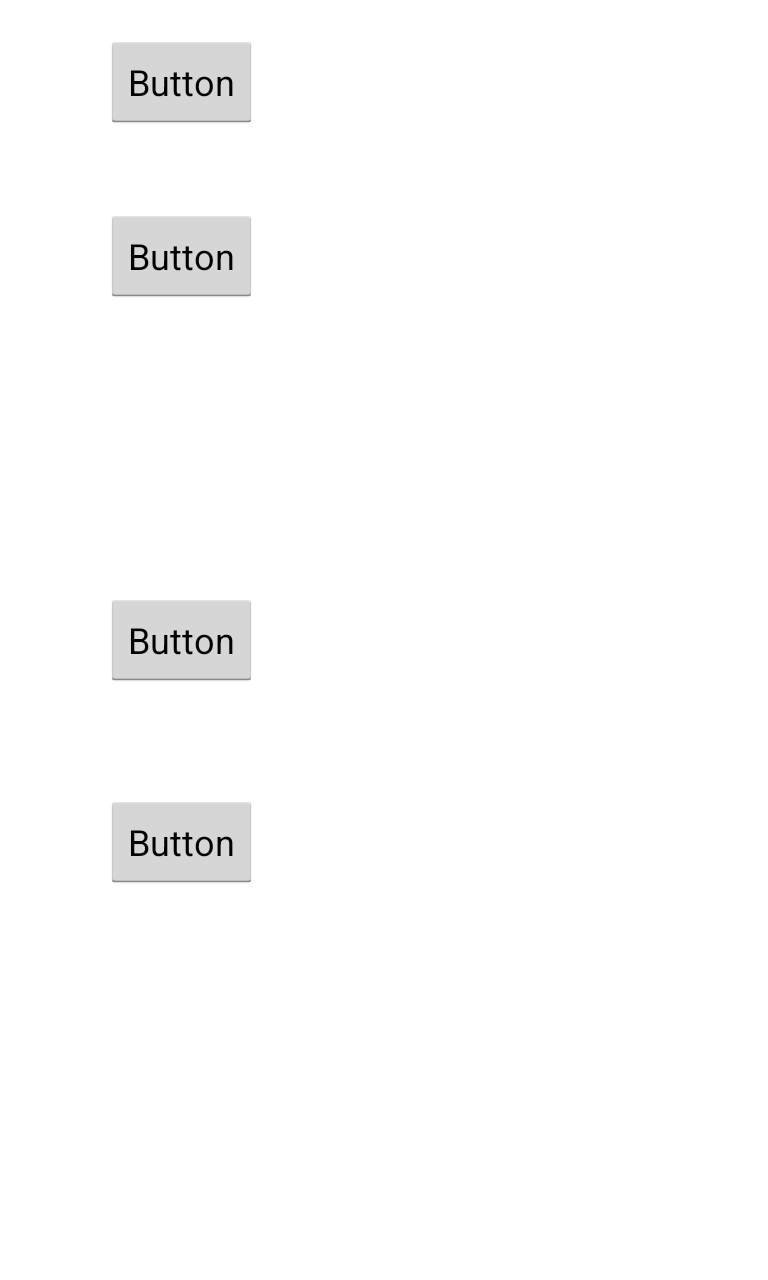
Repository: MonkeyZZZZ/OwnCode
Layout: a14SQLite/res/layout/activity_main.xml
An editor plug-in stored every save of this project. The layout is shown before and after the next save, followed by the edit.
It is drawn on a 768 x 1280 px phone screen (xhdpi) without system bars, with theme AppTheme; the app's code is not run.

Above is the layout before, as saved 2016-02-23 01:19:31.

After the next save:
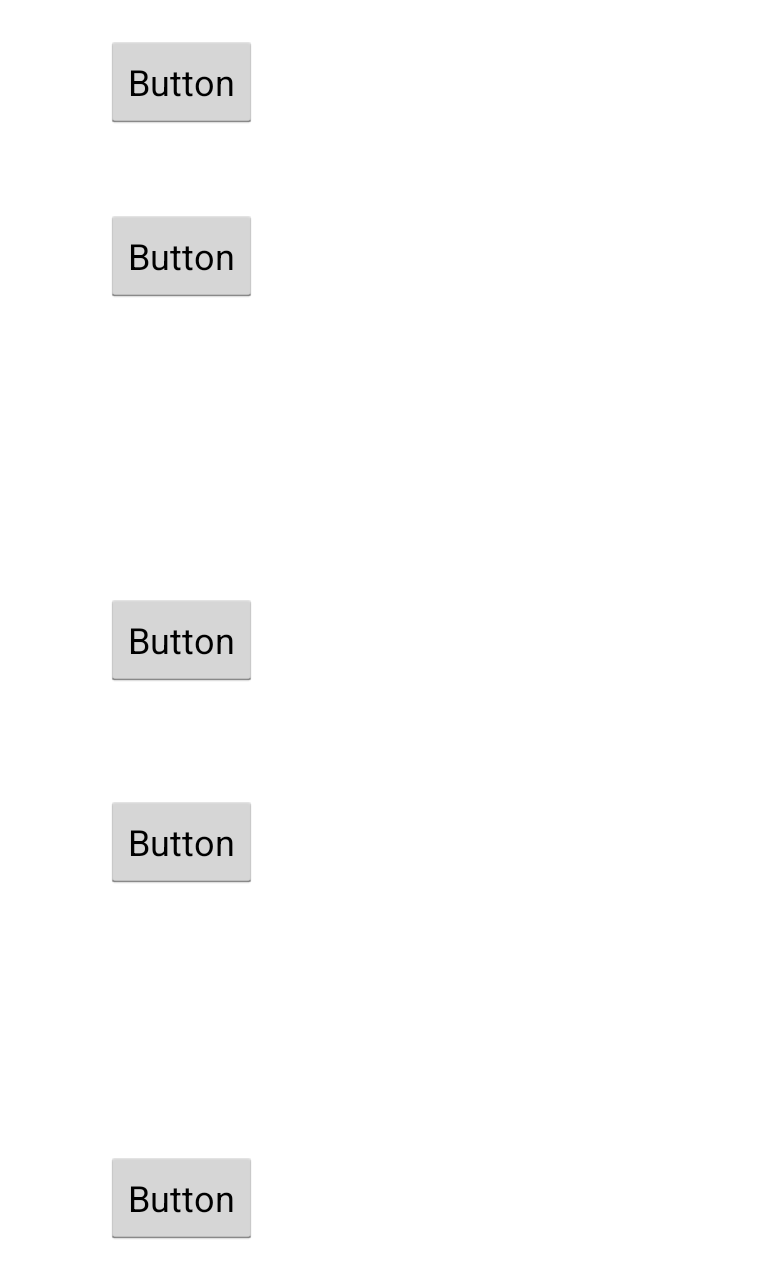
Saved 54 s later.
--- a/a14SQLite/res/layout/activity_main.xml
+++ b/a14SQLite/res/layout/activity_main.xml
@@ -40,4 +40,13 @@
         android:layout_marginTop="53dp"
         android:text="Button" />
 
+    <Button
+        android:id="@+id/button5"
+        android:layout_width="wrap_content"
+        android:layout_height="wrap_content"
+        android:layout_alignLeft="@+id/button4"
+        android:layout_alignParentBottom="true"
+        android:layout_marginBottom="17dp"
+        android:text="Button" />
+
 </RelativeLayout>
